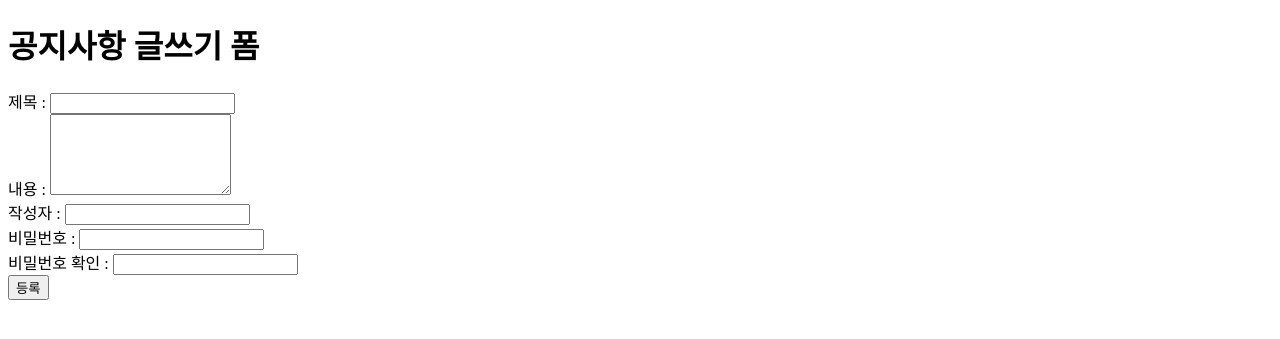
Repository: nsj2204/spring2
Page: http://localhost/ex01/notice/write.do
These files come from the project's save history. The page is drawn as it stood at one moment and after the next save; the edit follows.
The browser window is 1280 px wide. The pictures show the whole page.
The page is served by Tomcat 9. Other server files are loaded and not shown.

Above is the page before, as saved 2023-04-06 02:36:47.

### ex01/src/main/webapp/WEB-INF/views/notice/write.jsp
<%@ page language="java" contentType="text/html; charset=UTF-8"
    pageEncoding="UTF-8"%>
<!DOCTYPE html>
<html>
<head>
<meta charset="UTF-8">
<title>Insert title here</title>
</head>
<body>
<h1>공지사항 글쓰기 폼</h1>
<form action="write.do" method="post">
제목 : <input name="title"><br/>
내용 : <textarea rows="5" cols="content"></textarea><br/>
작성자 : <input name="writer"><br/>
비밀번호 : <input name="pw"><br/>
비밀번호 확인 : <input><br/>
<button>등록</button>
</form>
</body>
</html>

After the next save:
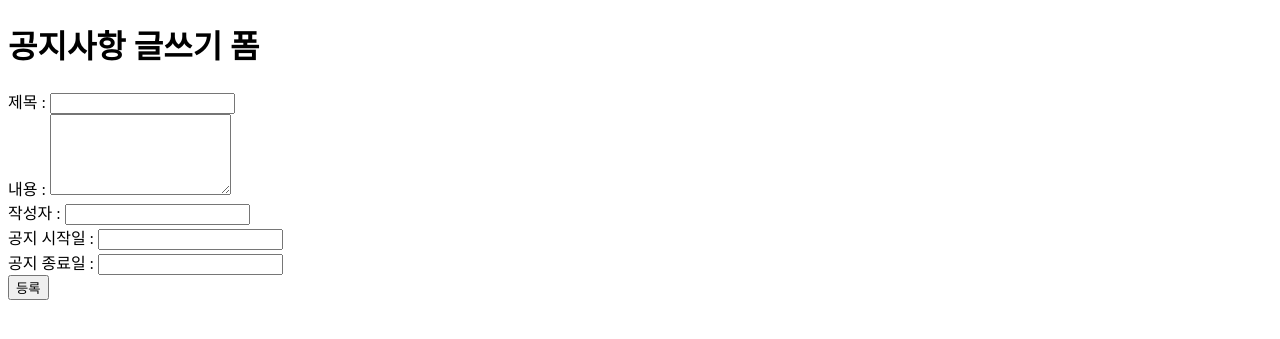
Saved 2 min 55 s later.
--- a/ex01/src/main/webapp/WEB-INF/views/notice/write.jsp
+++ b/ex01/src/main/webapp/WEB-INF/views/notice/write.jsp
@@ -11,9 +11,9 @@
 <form action="write.do" method="post">
 제목 : <input name="title"><br/>
 내용 : <textarea rows="5" cols="content"></textarea><br/>
-작성자 : <input name="writer"><br/>
-비밀번호 : <input name="pw"><br/>
-비밀번호 확인 : <input><br/>
+작성자 : <input name="startDate"><br/>
+공지 시작일 : <input name="endDate"><br/>
+공지 종료일 : <input><br/>
 <button>등록</button>
 </form>
 </body>
